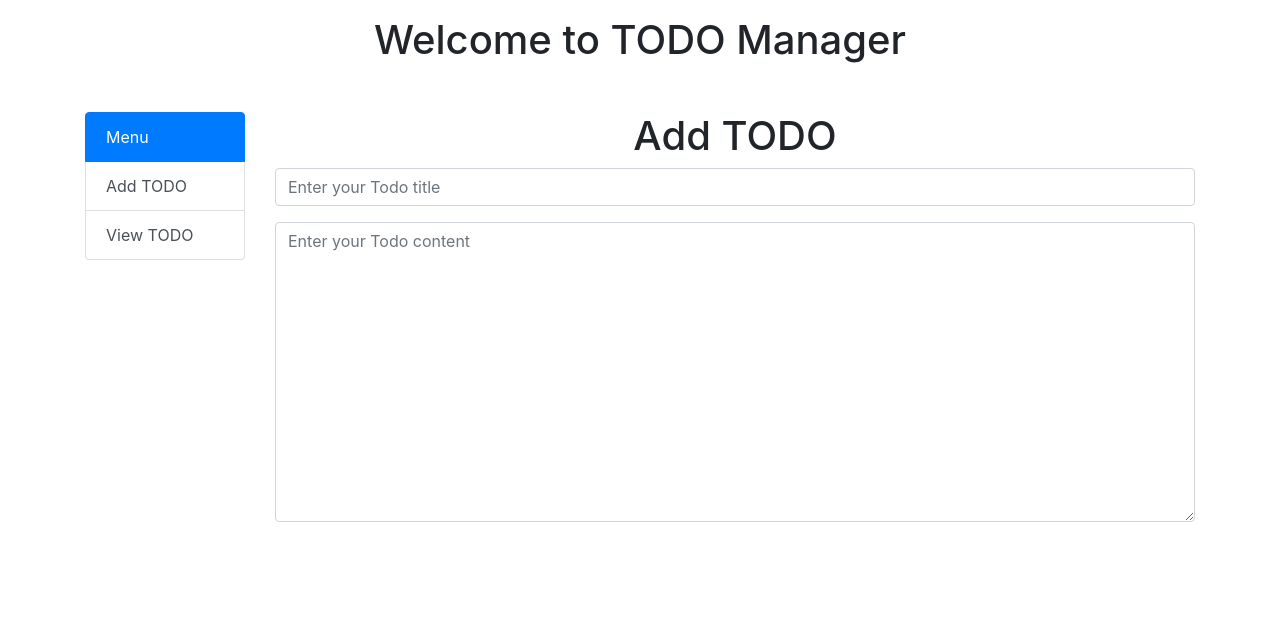
Repository: HarshViijay/spring-boot
Page: http://localhost/springmvcnew/add
These files come from the project's save history. The page is drawn as it stood at one moment and after the next save; the edit follows.
The browser window is 1280 px wide. The pictures show the whole page.
Some web libraries are served in a nearby version. The page is served by Tomcat 9. Other server files are loaded and not shown.

Above is the page before, as saved 2023-03-11 19:03:10.

### springmvcnew/src/main/webapp/WEB-INF/pages/home.jsp
<%@ page language="java" contentType="text/html; charset=UTF-8"
	pageEncoding="UTF-8"%>

<%@ taglib prefix="c" uri="http://java.sun.com/jsp/jstl/core"%>
<%@page isELIgnored="false"%>

<%@ taglib prefix="form" uri="http://www.springframework.org/tags/form"%>

<!doctype html>
<html lang="en">
<head>
<!-- Required meta tags -->
<meta charset="utf-8">
<meta name="viewport"
	content="width=device-width, initial-scale=1, shrink-to-fit=no">

<!-- Bootstrap CSS -->
<link rel="stylesheet"
	href="https://cdn.jsdelivr.net/npm/bootstrap@4.0.0/dist/css/bootstrap.min.css"
	integrity="sha384-Gn5384xqQ1aoWXA+058RXPxPg6fy4IWvTNh0E263XmFcJlSAwiGgFAW/dAiS6JXm"
	crossorigin="anonymous">

<title><c:out value="${page}"></c:out></title>
</head>
<body>

	<div class="container mt-3 ">
		<h1 class="text-center">Welcome to TODO Manager</h1>

		<div class="row mt-5">

			<div class="col-md-2">

				<div class="list-group">
					<button type="button"
						class="list-group-item list-group-item-action active">
						Menu</button>
					<a href='<c:url value='/add'></c:url>'
						class="list-group-item list-group-item-action">Add TODO</a> <a
						href='<c:url value='/home'></c:url>'
						class="list-group-item list-group-item-action">View TODO</a>
				</div>

			</div>

			<div class="col-md-10">
				<c:if test="${page=='home'}">
					<h1 class="text-center">All TODO</h1>
				</c:if>

				<c:if test="${page=='add'}">
					<h1 class="text-center">Add TODO</h1>

					<form:form action="/saveTodo" method="post" modelAttribute="todo">

						<div class="form-group">
							<form:input path="todoTitle" cssClass="form-control"
								placeholder="Enter your Todo title" />
						</div>

						<div class="form-group">
							<form:textarea path="todoContent" cssClass="form-control"
								placeholder="Enter your Todo content" cssStyle="height:300px"/>
						</div>



					</form:form>


				</c:if>
			</div>
		</div>
	</div>


	<!-- Optional JavaScript -->
	<!-- jQuery first, then Popper.js, then Bootstrap JS -->
	<script src="https://code.jquery.com/jquery-3.2.1.slim.min.js"
		integrity="sha384-KJ3o2DKtIkvYIK3UENzmM7KCkRr/rE9/Qpg6aAZGJwFDMVNA/GpGFF93hXpG5KkN"
		crossorigin="anonymous"></script>
	<script
		src="https://cdn.jsdelivr.net/npm/popper.js@1.12.9/dist/umd/popper.min.js"
		integrity="sha384-ApNbgh9B+Y1QKtv3Rn7W3mgPxhU9K/ScQsAP7hUibX39j7fakFPskvXusvfa0b4Q"
		crossorigin="anonymous"></script>
	<script
		src="https://cdn.jsdelivr.net/npm/bootstrap@4.0.0/dist/js/bootstrap.min.js"
		integrity="sha384-JZR6Spejh4U02d8jOt6vLEHfe/JQGiRRSQQxSfFWpi1MquVdAyjUar5+76PVCmYl"
		crossorigin="anonymous"></script>
</body>
</html>

### springmvcnew/src/main/java/com/entities/Todo.java
package com.entities;

import java.sql.Date;

public class Todo {

	private String todoTitle;
	private String todoContent;
	private Date date;

	public Todo(String todoTitle, String todoContent, Date date) {
		super();
		this.todoTitle = todoTitle;
		this.todoContent = todoContent;
		this.date = date;
	}



	public Todo() {
		super();
		// TODO Auto-generated constructor stub
	}



	public String getTodoTitle() {
		return todoTitle;
	}

	public void setTodoTitle(String todoTitle) {
		this.todoTitle = todoTitle;
	}

	public String getTodoContent() {
		return todoContent;
	}

	public void setTodoContent(String todoContent) {
		this.todoContent = todoContent;
	}

	public Date getDate() {
		return date;
	}

	public void setDate(Date date) {
		this.date = date;
	}

	@Override
	public String toString() {
		// TODO Auto-generated method stub
		return this.getTodoTitle()+" : "+this.todoContent;
	}

}

After the next save:
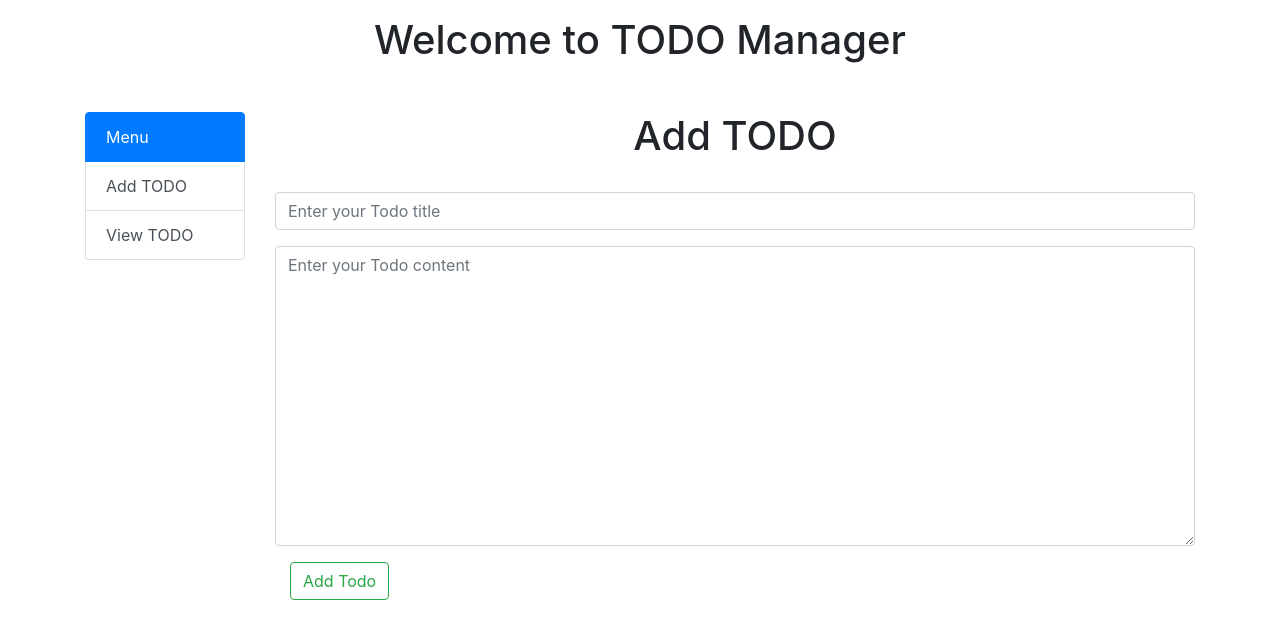
Saved 78 s later.
--- a/springmvcnew/src/main/webapp/WEB-INF/pages/home.jsp
+++ b/springmvcnew/src/main/webapp/WEB-INF/pages/home.jsp
@@ -51,6 +51,8 @@
 				<c:if test="${page=='add'}">
 					<h1 class="text-center">Add TODO</h1>
 
+					<br>
+
 					<form:form action="/saveTodo" method="post" modelAttribute="todo">
 
 						<div class="form-group">
@@ -61,6 +63,10 @@
 						<div class="form-group">
 							<form:textarea path="todoContent" cssClass="form-control"
 								placeholder="Enter your Todo content" cssStyle="height:300px"/>
+						</div>
+
+						<div class="container">
+						<button class="btn btn-outline-success">Add Todo</button>
 						</div>
 
 
